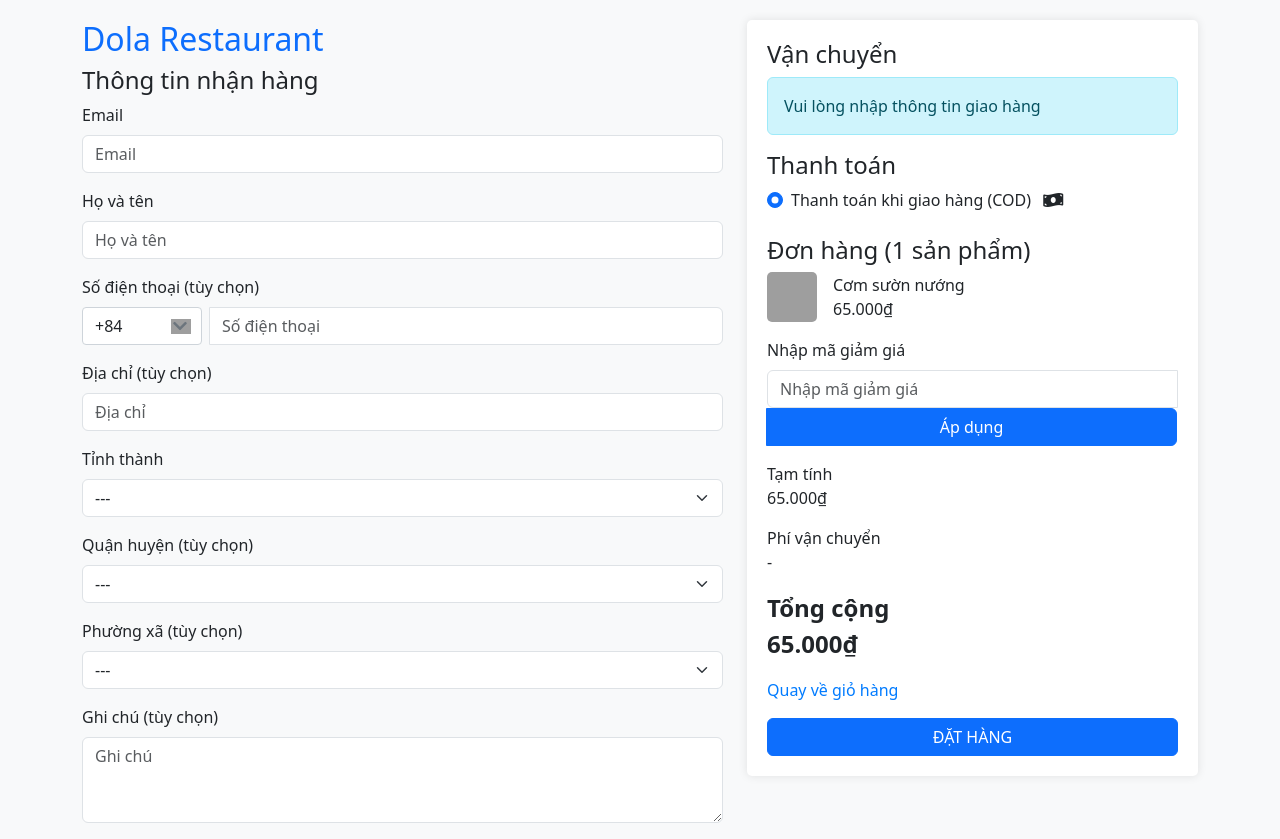
Repository: HoangKhangKhuPho4/Project_Web
Page: payment.html
The author's editor kept a copy of each file at every save. The page is drawn from the files as they stood at one save, then again after the next save.
The browser window is 1280 px wide. The pictures show the whole page.
Pictures or frames that could not be fetched are drawn as grey boxes.

Above is the page before, as saved 2025-01-03 10:31:39.

### payment.html
<!DOCTYPE html>
<html lang="en">
  <head>
    <meta charset="utf-8" />
    <meta content="width=device-width, initial-scale=1.0" name="viewport" />
    <title>Dola Restaurant</title>
    <link
      crossorigin="anonymous"
      href="https://cdn.jsdelivr.net/npm/bootstrap@5.3.2/dist/css/bootstrap.min.css"
      integrity="sha384-T3c6CoIi6uLrA9TneNEoa7RxnatzjcDSCmG1MXxSR1GAsXEV/Dwwykc2MPK8M2HN"
      rel="stylesheet"
    />
    <link
      href="https://cdnjs.cloudflare.com/ajax/libs/font-awesome/5.15.3/css/all.min.css"
      rel="stylesheet"
    />
    <style>
      body {
        background-color: #f8f9fa;
      }
      .container {
        margin-top: 20px;
      }
      .order-summary {
        background-color: #fff;
        padding: 20px;
        border-radius: 5px;
        box-shadow: 0 0 10px rgba(0, 0, 0, 0.1);
      }
      .order-summary img {
        width: 50px;
        height: 50px;
        border-radius: 5px;
      }
      .order-summary .btn {
        width: 100%;
      }
      .order-summary .total {
        font-size: 1.5rem;
        font-weight: bold;
      }
      .order-summary .back-to-cart {
        text-decoration: none;
        color: #007bff;
      }
      .order-summary .back-to-cart:hover {
        text-decoration: underline;
      }
      /* Wrapper to position the flag */
      .country-code-wrapper {
        position: relative;
        display: flex;
        align-items: center;
      }
      /* Style the select element */
      #country-code {
        appearance: none; /* Remove default dropdown arrow */
        -webkit-appearance: none;
        -moz-appearance: none;
        background-repeat: no-repeat;
        background-position: right 10px center;
        background-size: 20px 15px;
        padding-right: 40px; /* Space for the flag */
        width: 100%;
        height: 38px;
        border: 1px solid #ced4da;
        border-radius: 0.25rem;
        background-color: #fff;
        background-image: url("https://storage.googleapis.com/a1aa/image/pt8JwVKBfk1kbyOn0DeegafSjqhMYJJXUbzIEexaGx3lECKgC.jpg"); /* Default: Vietnam flag */
      }
      /* Custom dropdown arrow */
      .country-code-wrapper::after {
        content: "\f078"; /* Font Awesome chevron-down */
        font-family: "Font Awesome 5 Free";
        font-weight: 900;
        position: absolute;
        right: 15px;
        pointer-events: none;
        color: #6c757d;
      }
      /* Hide the native arrow in some browsers */
      select::-ms-expand {
        display: none;
      }
      /* Responsive flag images for options (Note: Not all browsers support background images in options) */
      #country-code option {
        background-repeat: no-repeat;
        background-position: left center;
        padding-left: 30px;
      }
    </style>
  </head>
  <body>
    <div class="container">
      <div class="row">
        <div class="col-md-7">
          <h2 class="text-primary">Dola Restaurant</h2>
          <form>
            <h4>Thông tin nhận hàng</h4>
            <div class="mb-3">
              <label class="form-label" for="email"> Email </label>
              <input
                class="form-control"
                id="email"
                type="email"
                placeholder="Email"
                required
              />
            </div>
            <div class="mb-3">
              <label class="form-label" for="name"> Họ và tên </label>
              <input
                class="form-control"
                id="name"
                type="text"
                placeholder="Họ và tên"
                required
              />
            </div>
            <div class="mb-3">
              <label class="form-label" for="phone">
                Số điện thoại (tùy chọn)
              </label>
              <div class="input-group">
                <div class="country-code-wrapper me-2" style="flex: 0 0 120px;">
                  <select class="form-select" id="country-code">
                    <option
                      value="+84"
                      data-image="https://storage.googleapis.com/a1aa/image/pt8JwVKBfk1kbyOn0DeegafSjqhMYJJXUbzIEexaGx3lECKgC.jpg"
                    >
                      +84
                    </option>
                    <option
                      value="+1"
                      data-image="https://storage.googleapis.com/a1aa/image/z6fTjmJ0b2MT7gz6OMbW6o26v9kVoZo91B9lkTl960QIoAKA.png"
                    >
                      +1
                    </option>
                    <option
                      value="+81"
                      data-image="https://storage.googleapis.com/a1aa/image/Fs27QqW4kO7dJj82bOygXdt04zTxoQ13vO1j7T7r59oIoAKA.png"
                    >
                      +81
                    </option>
                    <!-- Add more country codes and flags as needed -->
                  </select>
                </div>
                <input
                  class="form-control"
                  id="phone"
                  type="text"
                  placeholder="Số điện thoại"
                />
              </div>
            </div>
            <div class="mb-3">
              <label class="form-label" for="address">
                Địa chỉ (tùy chọn)
              </label>
              <input
                class="form-control"
                id="address"
                type="text"
                placeholder="Địa chỉ"
              />
            </div>
            <div class="mb-3">
              <label class="form-label" for="city"> Tỉnh thành </label>
              <select class="form-select" id="city">
                <option>---</option>
                <!-- Populate with city options -->
              </select>
            </div>
            <div class="mb-3">
              <label class="form-label" for="district">
                Quận huyện (tùy chọn)
              </label>
              <select class="form-select" id="district">
                <option>---</option>
                <!-- Populate with district options -->
              </select>
            </div>
            <div class="mb-3">
              <label class="form-label" for="ward">
                Phường xã (tùy chọn)
              </label>
              <select class="form-select" id="ward">
                <option>---</option>
                <!-- Populate with ward options -->
              </select>
            </div>
            <div class="mb-3">
              <label class="form-label" for="note"> Ghi chú (tùy chọn) </label>
              <textarea
                class="form-control"
                id="note"
                rows="3"
                placeholder="Ghi chú"
              ></textarea>
            </div>
          </form>
        </div>
        <div class="col-md-5">
          <div class="order-summary">
            <h4>Vận chuyển</h4>
            <div class="alert alert-info">
              Vui lòng nhập thông tin giao hàng
            </div>
            <h4>Thanh toán</h4>
            <div class="form-check">
              <input
                class="form-check-input"
                id="cod"
                name="payment"
                type="radio"
                checked
              />
              <label class="form-check-label" for="cod">
                Thanh toán khi giao hàng (COD)
              </label>
              <i class="fas fa-money-bill-wave ms-2"></i>
            </div>
            <h4 class="mt-4">Đơn hàng (1 sản phẩm)</h4>
            <div class="d-flex align-items-center mb-3">
              <img
                alt="Com suon nuong"
                height="50"
                src="https://storage.googleapis.com/a1aa/image/8UcAPcHeBdVIDCgxKuw28qmZBB0yS9P2BFMXXWoxhwhRIoAKA.jpg"
                width="50"
              />
              <div class="ms-3">
                <p class="mb-0">Cơm sườn nướng</p>
                <p class="mb-0">65.000₫</p>
              </div>
            </div>
            <div class="mb-3">
              <label class="form-label" for="discount-code">
                Nhập mã giảm giá
              </label>
              <div class="input-group">
                <input
                  class="form-control"
                  id="discount-code"
                  type="text"
                  placeholder="Nhập mã giảm giá"
                />
                <button class="btn btn-primary">Áp dụng</button>
              </div>
            </div>
            <div class="mb-3">
              <p class="mb-0">Tạm tính</p>
              <p class="mb-0">65.000₫</p>
            </div>
            <div class="mb-3">
              <p class="mb-0">Phí vận chuyển</p>
              <p class="mb-0">-</p>
            </div>
            <div class="mb-3 total">
              <p class="mb-0">Tổng cộng</p>
              <p class="mb-0">65.000₫</p>
            </div>
            <a class="back-to-cart" href="#"> Quay về giỏ hàng </a>
            <button class="btn btn-primary mt-3">ĐẶT HÀNG</button>
          </div>
        </div>
      </div>
    </div>
    <script src="https://cdn.jsdelivr.net/npm/bootstrap@5.3.2/dist/js/bootstrap.bundle.min.js"></script>
    <script>
      document.addEventListener("DOMContentLoaded", () => {
        const countryCodeSelect = document.getElementById("country-code");

        const updateFlag = () => {
          const selectedOption = countryCodeSelect.options[countryCodeSelect.selectedIndex];
          const flagUrl = selectedOption.getAttribute("data-image");
          countryCodeSelect.style.backgroundImage = `url(${flagUrl})`;
        };

        // Update flag on initial load
        updateFlag();

        // Update flag when selection changes
        countryCodeSelect.addEventListener("change", updateFlag);
      });
    </script>
  </body>
</html>

After the next save:
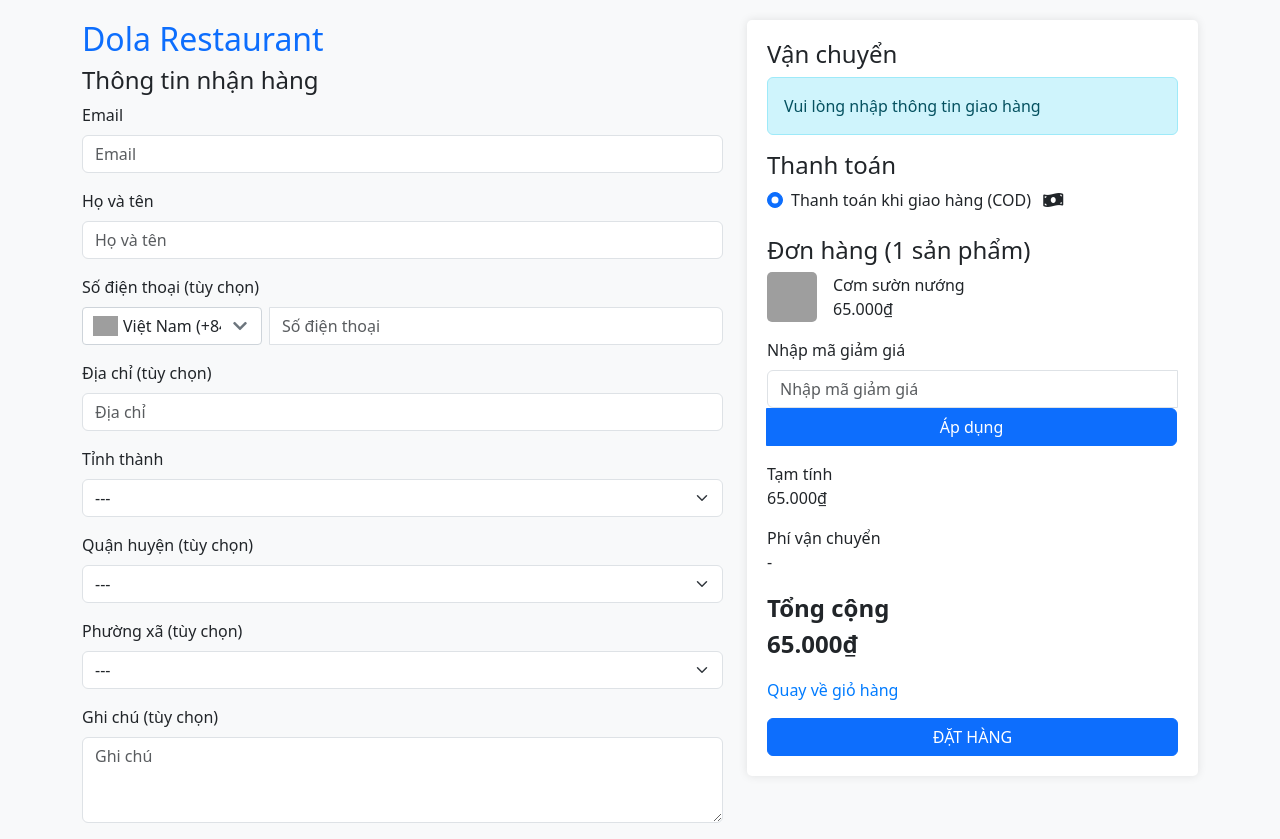
Saved 107 s later.
--- a/payment.html
+++ b/payment.html
@@ -58,15 +58,18 @@
         -webkit-appearance: none;
         -moz-appearance: none;
         background-repeat: no-repeat;
-        background-position: right 10px center;
-        background-size: 20px 15px;
-        padding-right: 40px; /* Space for the flag */
+        background-position: left 10px center;
+        background-size: 25px 20px;
+        padding-left: 40px; /* Space for the flag */
+        padding-right: 40px; /* Space for the custom arrow */
         width: 100%;
         height: 38px;
         border: 1px solid #ced4da;
         border-radius: 0.25rem;
         background-color: #fff;
         background-image: url("https://storage.googleapis.com/a1aa/image/pt8JwVKBfk1kbyOn0DeegafSjqhMYJJXUbzIEexaGx3lECKgC.jpg"); /* Default: Vietnam flag */
+        background-repeat: no-repeat;
+        background-position: left 10px center;
       }
       /* Custom dropdown arrow */
       .country-code-wrapper::after {
@@ -83,11 +86,8 @@
         display: none;
       }
       /* Responsive flag images for options (Note: Not all browsers support background images in options) */
-      #country-code option {
-        background-repeat: no-repeat;
-        background-position: left center;
-        padding-left: 30px;
-      }
+      /* Unfortunately, it's not possible to style <option> elements to include background images reliably across all browsers */
+      /* Therefore, we rely on displaying the flag in the select box only */
     </style>
   </head>
   <body>
@@ -122,27 +122,27 @@
                 Số điện thoại (tùy chọn)
               </label>
               <div class="input-group">
-                <div class="country-code-wrapper me-2" style="flex: 0 0 120px;">
+                <div class="country-code-wrapper me-2" style="flex: 0 0 180px;">
                   <select class="form-select" id="country-code">
                     <option
                       value="+84"
                       data-image="https://storage.googleapis.com/a1aa/image/pt8JwVKBfk1kbyOn0DeegafSjqhMYJJXUbzIEexaGx3lECKgC.jpg"
                     >
-                      +84
+                      Việt Nam (+84)
                     </option>
                     <option
                       value="+1"
                       data-image="https://storage.googleapis.com/a1aa/image/z6fTjmJ0b2MT7gz6OMbW6o26v9kVoZo91B9lkTl960QIoAKA.png"
                     >
-                      +1
+                      USA (+1)
                     </option>
                     <option
                       value="+81"
                       data-image="https://storage.googleapis.com/a1aa/image/Fs27QqW4kO7dJj82bOygXdt04zTxoQ13vO1j7T7r59oIoAKA.png"
                     >
-                      +81
+                      Japan (+81)
                     </option>
-                    <!-- Add more country codes and flags as needed -->
+                    <!-- Thêm các quốc gia khác nếu cần -->
                   </select>
                 </div>
                 <input
